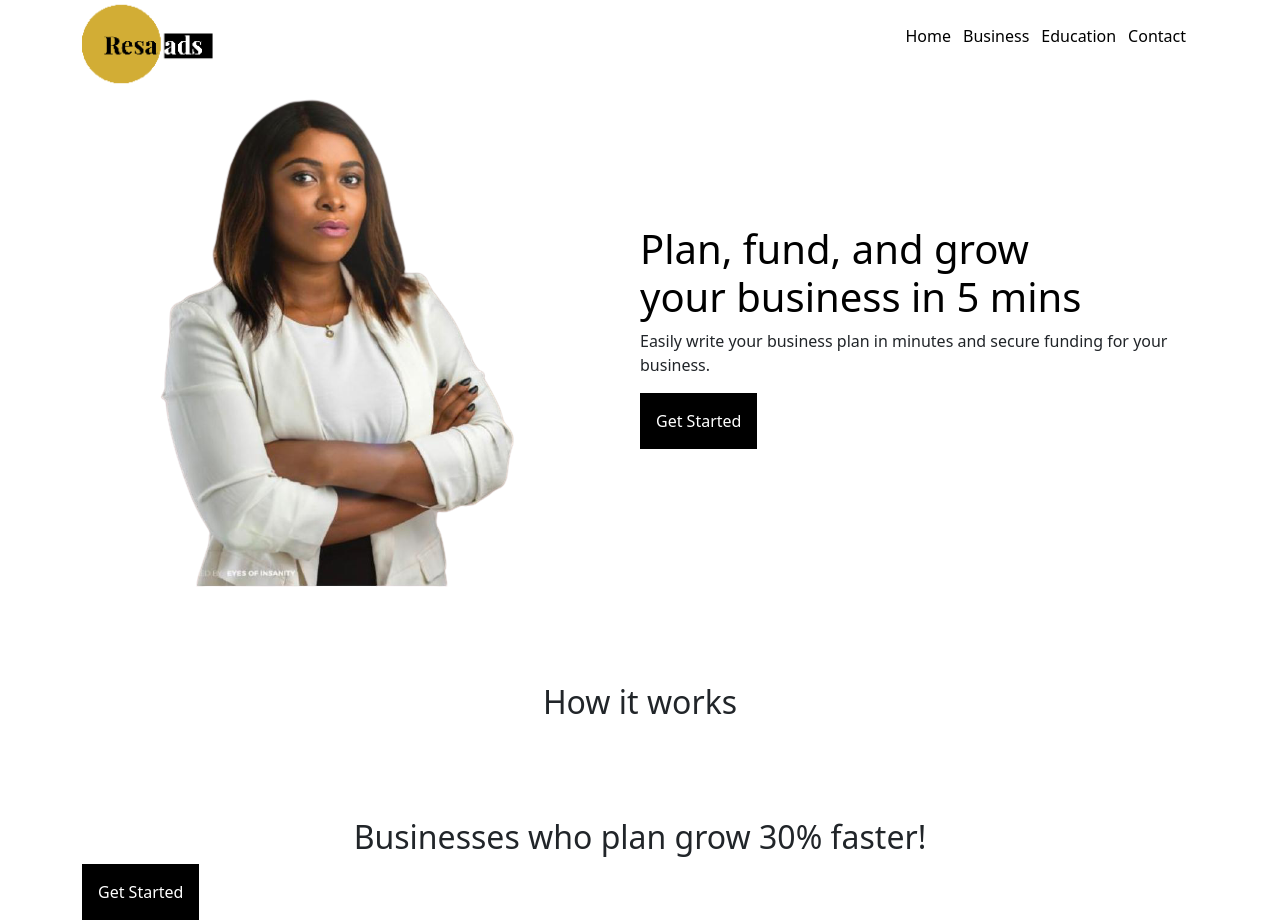
Repository: latenightsnacc/resaads-consults
Page: index.html
An editor plug-in stored every save of this project. The page is shown before and after the next save, followed by the edit.
The browser window is 1280 px wide. The pictures show the whole page.
Some web libraries are served in a nearby version.

Above is the page before, as saved 2021-08-05 10:03:30.

After the next save:
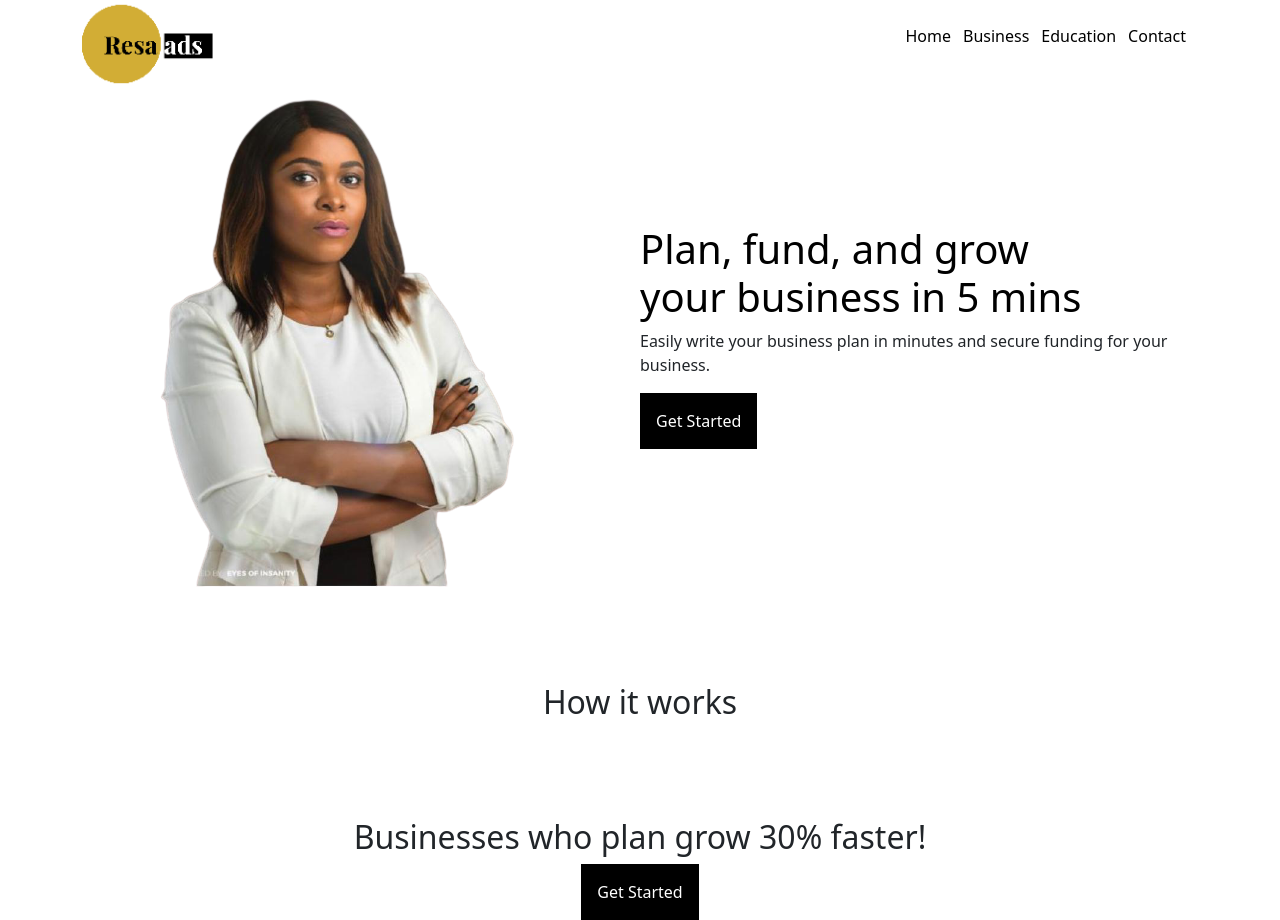
Saved 63 s later.
--- a/index.html
+++ b/index.html
@@ -79,9 +79,12 @@
         <section>
             <div class="container">
                 <h2 class="text-center">Businesses who plan grow 30% faster!</h2>
-                <a href="#" class="">
-                    <button class="bg-black text-white p-3">Get Started</button>
-                </a>
+                <div class="flex flex-col items-center">
+                    <a href="#" class="">
+                        <button class="bg-black text-white p-3">Get Started</button>
+                    </a>
+                </div>
+
             </div>
         </section>
     </main>
